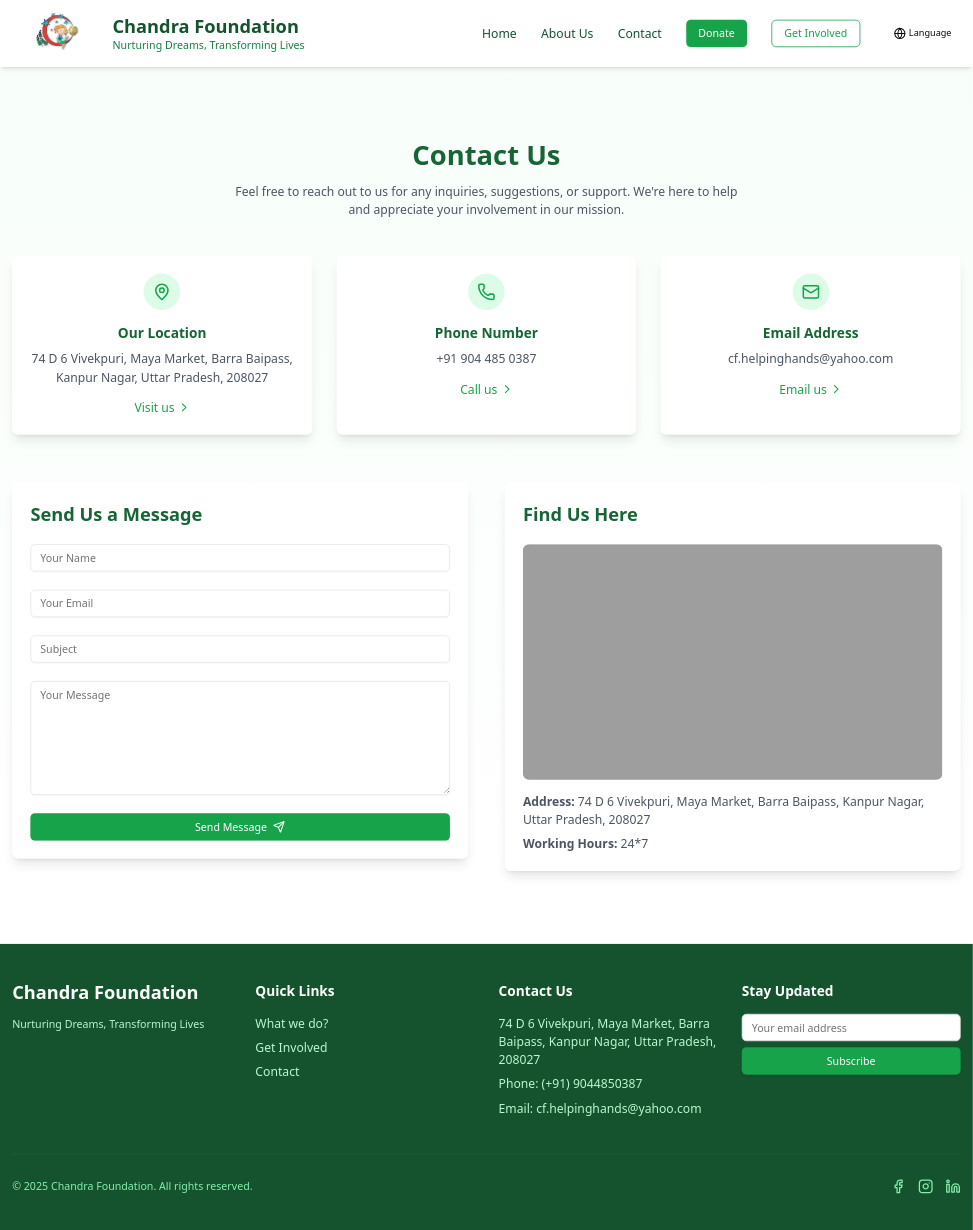
Repository: rajukumar2003/chandra-foundation
Page: /contactUs
An editor plug-in stored every save of this project. The page is shown before and after a run of saves, followed by the edit.
The browser window is 1280 px wide. The pictures show the whole page, at 76% of full size.
Pictures or frames that could not be fetched are drawn as grey boxes. The project was rebuilt for these pictures with package versions that can differ from the ones it lists, and the page was loaded fresh each time. The framework's server and built-in components were replaced by stand-ins that run in the browser. Also part of the build but not shown: next.config.ts.

Above is the page before, as saved 2025-04-15 07:04:00.

After the next 2 saves:
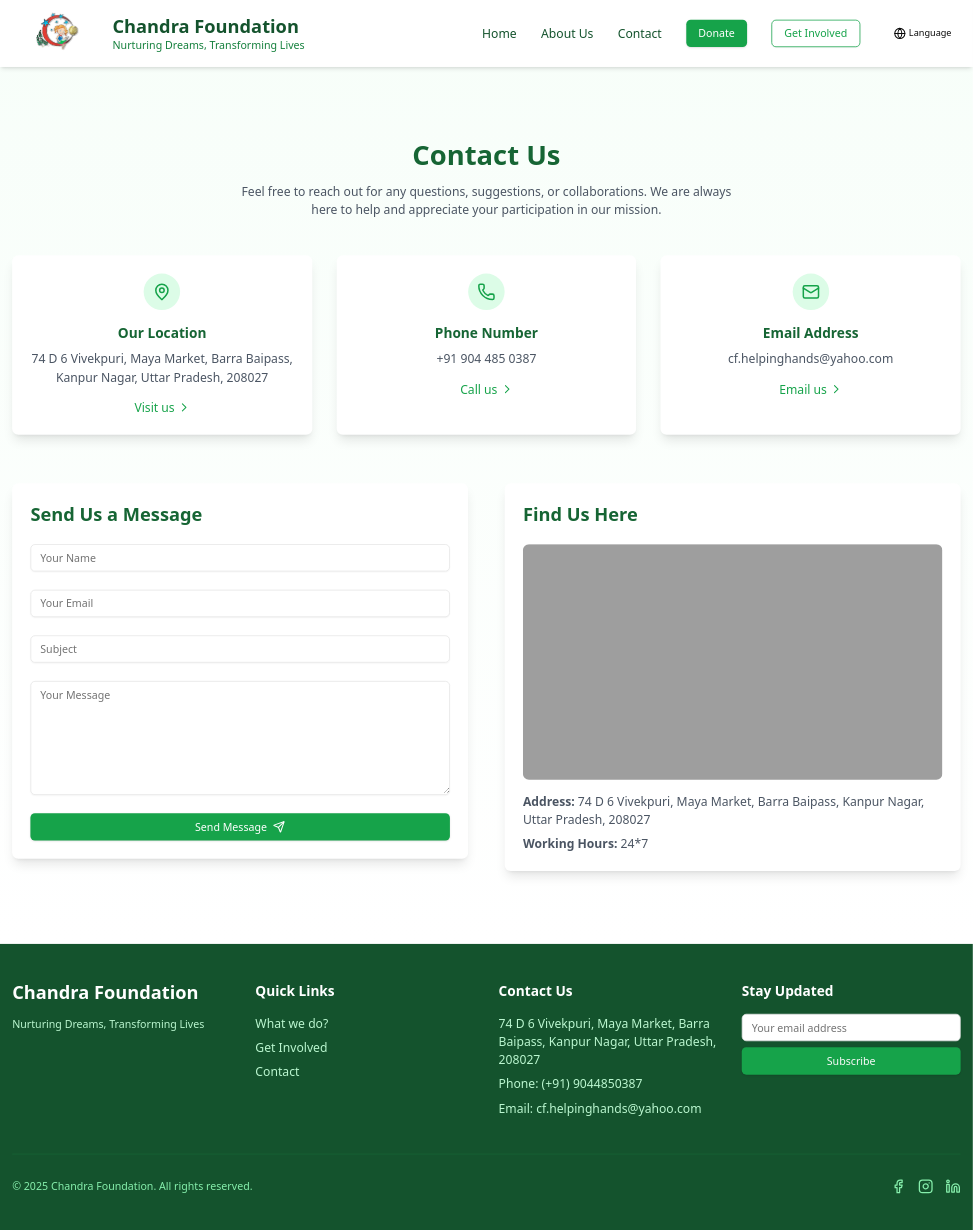
The 2 saves are shown as one change because they came seconds apart.
The last was saved 17 s later.
--- a/app/(root)/contactUs/page.tsx
+++ b/app/(root)/contactUs/page.tsx
@@ -79,9 +79,7 @@
             {translations.contact.heading}
           </h1>
           <p className="text-gray-600 max-w-2xl mx-auto">
-            Feel free to reach out to us for any inquiries, suggestions, or
-            support. We&apos;re here to help and appreciate your involvement in
-            our mission.
+            {translations.contact.description}
           </p>
         </motion.div>
 
